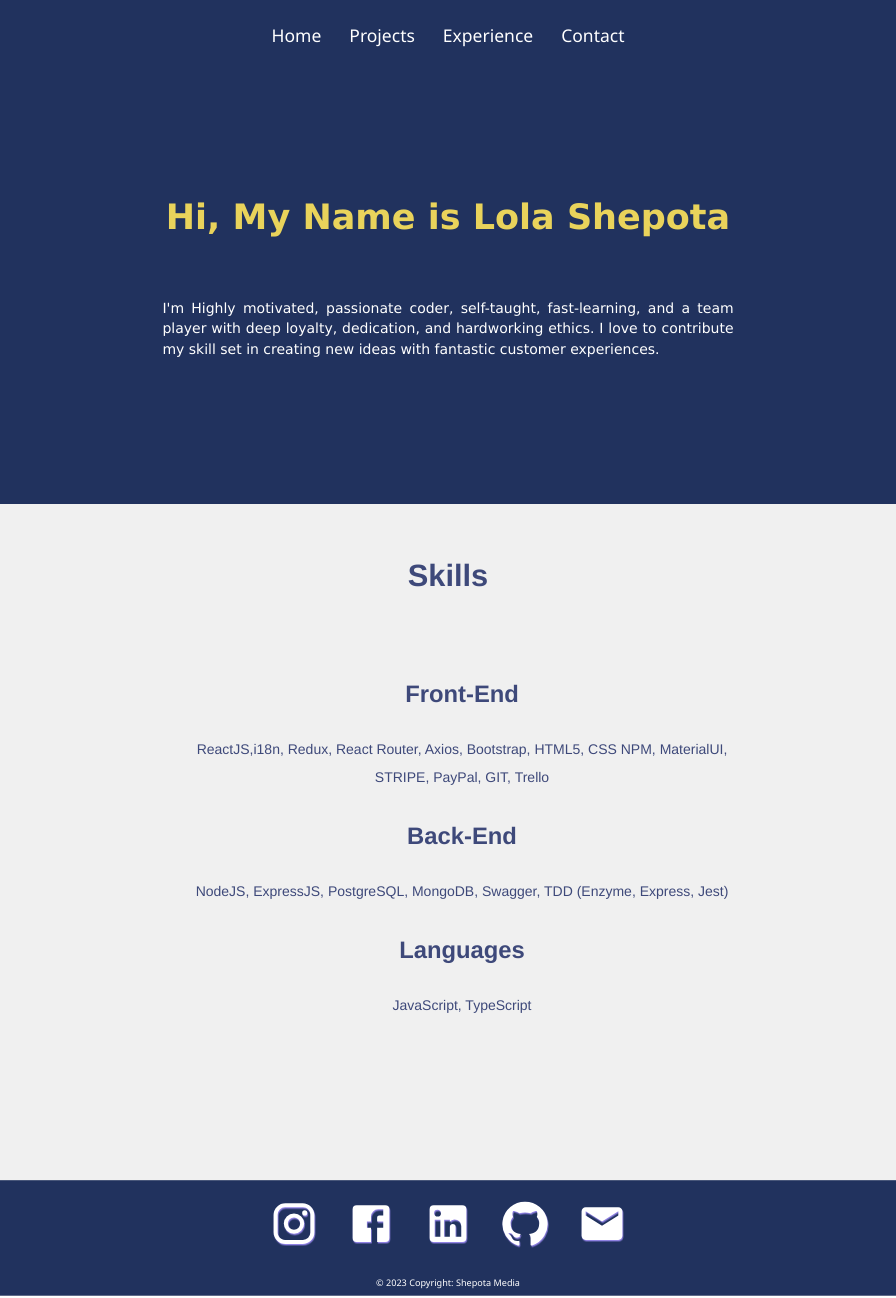
Repository: LolaSL/react-portfolio
Page: /
The author's editor kept a copy of each file at every save. The page is drawn from the files as they stood at one save, then again after the next save.
The browser window is 1280 px wide. The pictures show the whole page, at 70% of full size.
The project was rebuilt for these pictures with package versions that can differ from the ones it lists, and the page was loaded fresh each time. Also part of the build but not shown: src/components/ProjectItem/ProjectItem.jsx, src/helpers/ProjectList.js, src/pages/Projects/Style.css, src/pages/Projects/Projects.jsx, src/pages/Experience/Style.css, src/pages/Experience/Experience.jsx, src/pages/ProjectDetail/ProjectDetail.jsx, src/pages/Contact/Style.css and 1 more.

Above is the page before, as saved 2023-07-02 09:35:54.

After the next save:
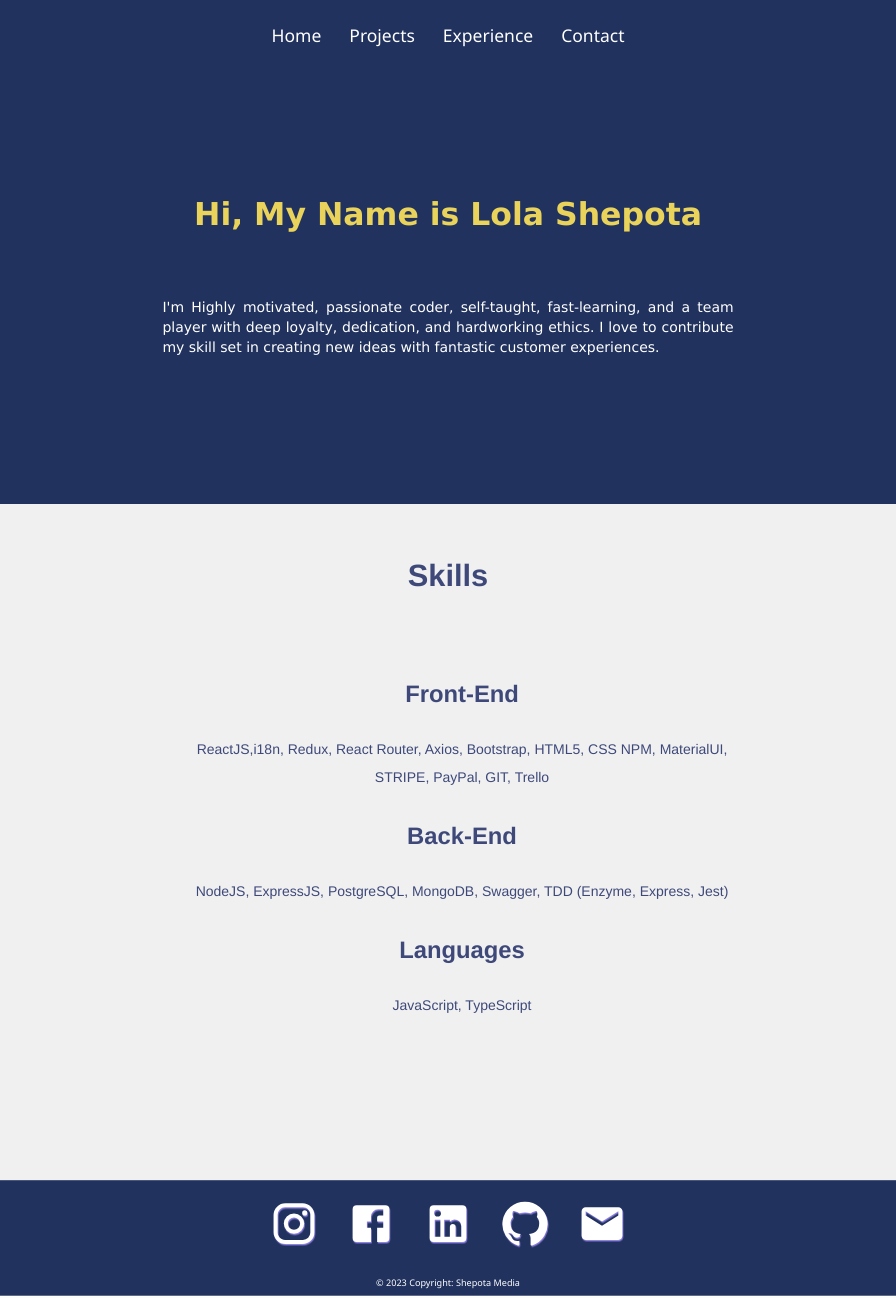
Saved 6 s later.
--- a/src/pages/Home/Style.css
+++ b/src/pages/Home/Style.css
@@ -21,7 +21,7 @@
 
   .about h1 {
     font-family:Verdana, Geneva, Tahoma, sans-serif;
-    font-size: 50px;
+    font-size: 45px;
     color: #e9d35b;
     height: 50px;
     margin-bottom: 25px;
